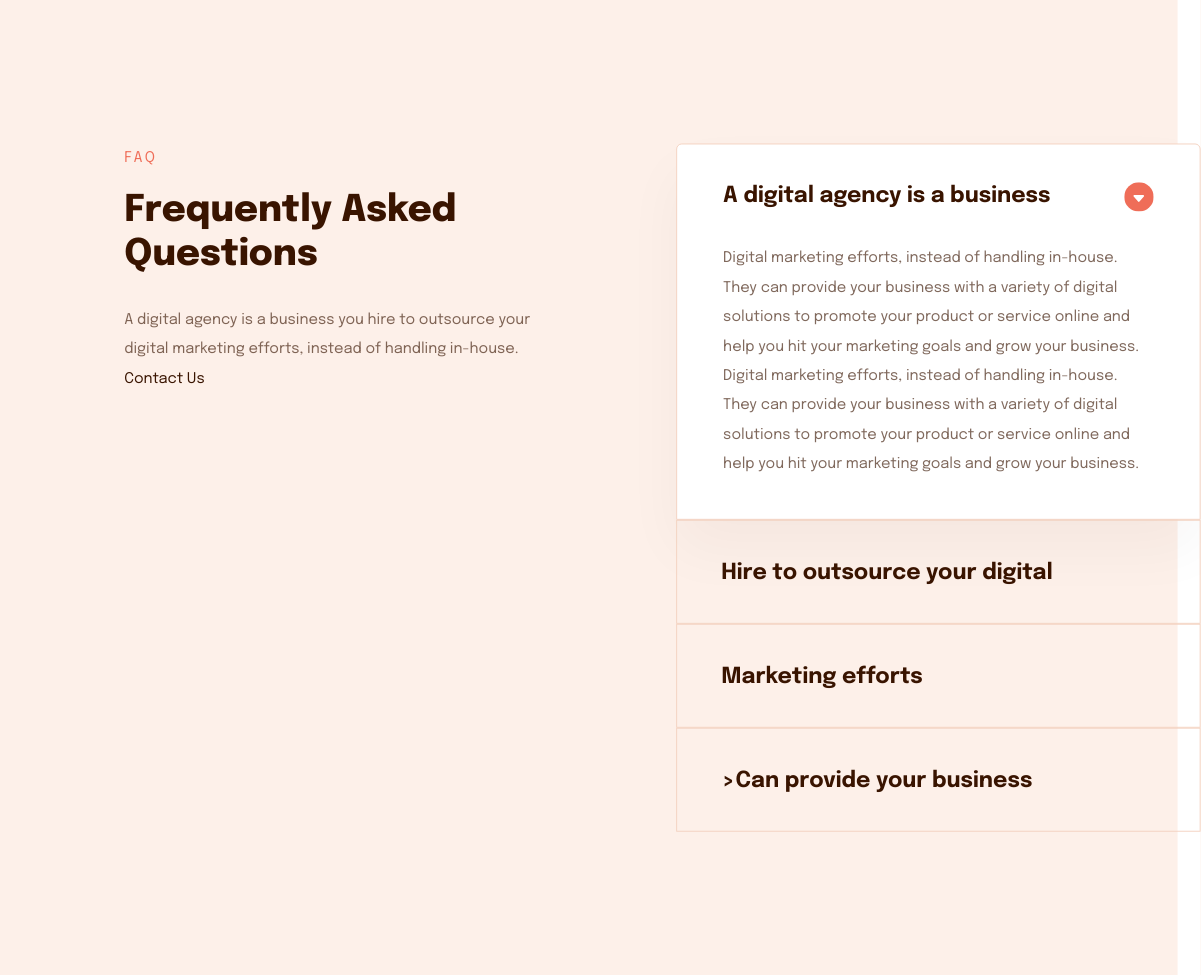
Repository: MehdiKerimov/Figma-task-10
Page: pages/faq/index.html
The author's editor kept a copy of each file at every save. The page is drawn from the files as they stood at one save, then again after the next save.
The browser window is 1280 px wide. The page is 1305 px wide, so the pictures cover 1305 px, including what lies to the right of the window. The pictures show the whole page, at 92% of full size.

Above is the page before, as saved 2023-09-09 15:36:01.

After the next save:
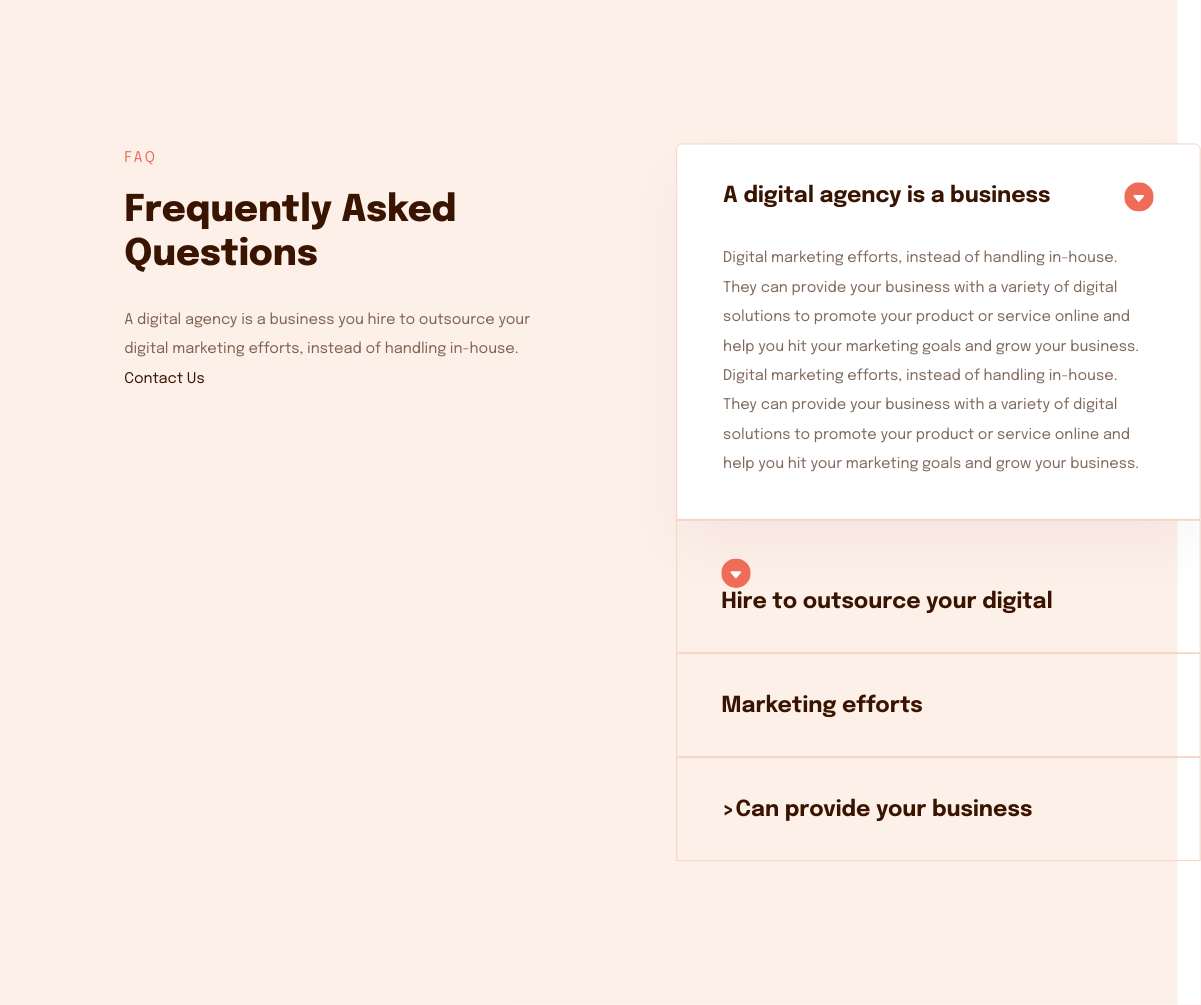
Saved 4 s later.
--- a/pages/faq/index.html
+++ b/pages/faq/index.html
@@ -35,7 +35,23 @@
           and grow your business. </p>
       </li>
       <li>
-
+        <div class="collaj">
+          <svg
+          xmlns="http://www.w3.org/2000/svg"
+          width="32"
+          height="32"
+          viewBox="0 0 32 32"
+          fill="none"
+        >
+          <circle cx="16" cy="16" r="16" fill="#EF6D58" />
+          <path
+            fill-rule="evenodd"
+            clip-rule="evenodd"
+            d="M15.0454 21.14L10.2494 15.658C9.68335 15.013 10.1434 14 11.0024 14H20.5944C20.987 13.9997 21.3435 14.2291 21.5058 14.5867C21.6681 14.9442 21.6061 15.3637 21.3474 15.659L16.5514 21.139C16.3615 21.3563 16.0869 21.481 15.7984 21.481C15.5098 21.481 15.2352 21.3563 15.0454 21.139V21.14Z"
+            fill="white"
+          />
+        </svg>
+        </div>
         <h3>Hire to outsource your digital</h3>
       </li>
       <li>
